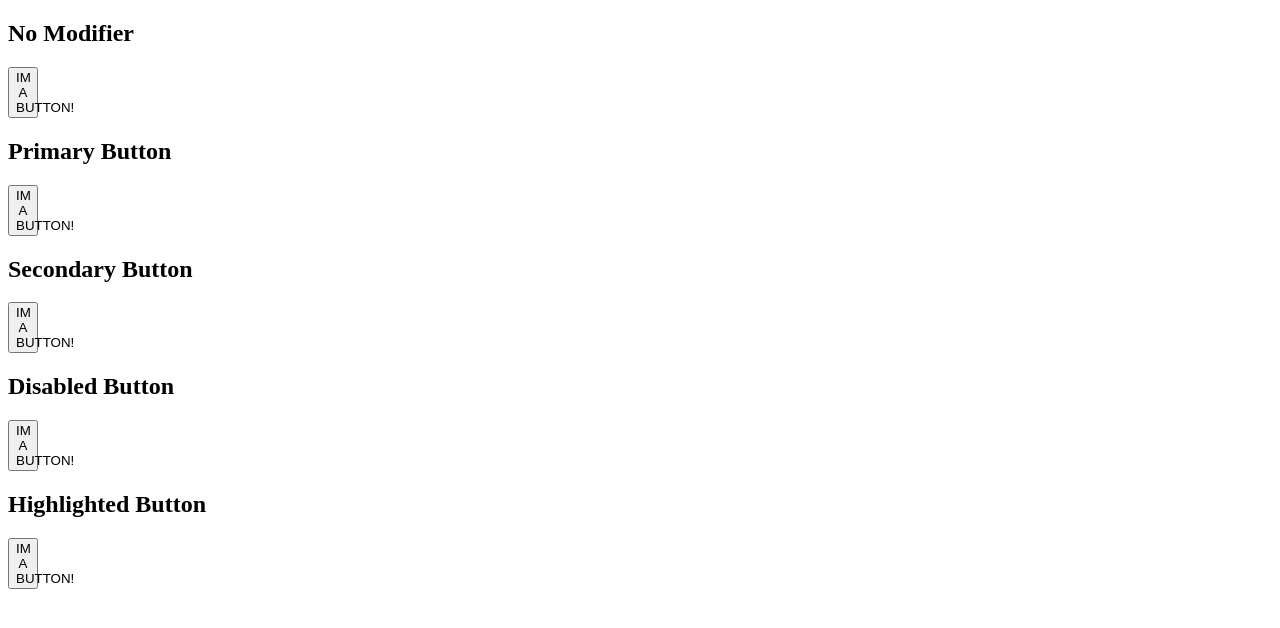
Repository: Jvien2/3126-repo
Page: index.html
An editor plug-in stored every save of this project. The page is shown before and after a run of saves, followed by the edit.
The browser window is 1280 px wide. The pictures show the whole page.

Above is the page before, as saved 2026-10-01 00:55:19.
Not found: code.js

### index.html
<!DOCTYPE html>
<html lang="en">
<head>
    <meta charset="UTF-8">
    <meta name="viewport" content="width=device-width, initial-scale=1.0">
    <title>Assignment 1</title>
    <link rel="stylesheet" href="style.css">
    <script src="code.js" defer></script>
</head>
<body>
    <!-- regular button -->
    <h2>No Modifier</h2>
        <button class="btn">IM A BUTTON!</button>

    <!-- prmary -->
    <h2>Primary Button</h2>
        <button class="btn btn-primary">IM A BUTTON!</button>

    <!-- secondary -->
    <h2>Secondary Button</h2>
         <button class="btn btn-secondary">IM A BUTTON!</button>

    <!-- disabled -->
    <h2>Disabled Button</h2>
         <button class="btn btn-disabled">IM A BUTTON!</button>

    <!-- highlighted -->
    <h2>Highlighted Button</h2>
         <button class="btn btn-highlight">IM A BUTTON!</button>

</body>
</html>

### style.css
.btn {
    width: 30px
}

After the next 2 saves:
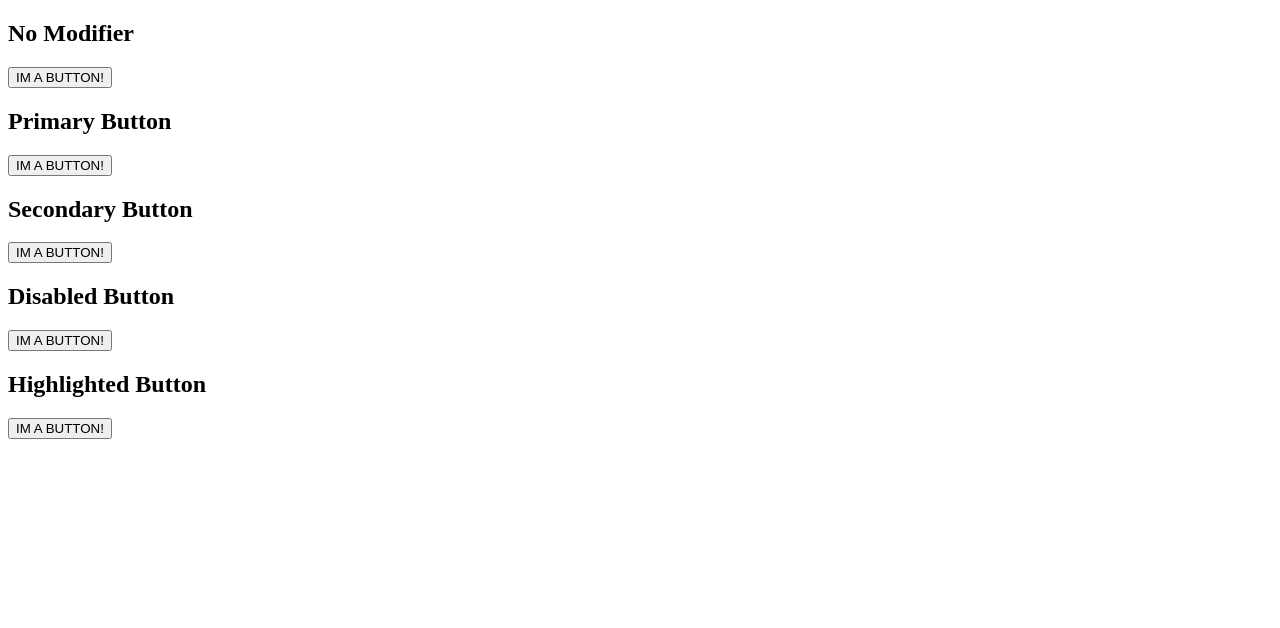
The 2 saves are shown as one change because they came seconds apart.
The last was saved 32 s later.
--- a/style.css
+++ b/style.css
@@ -1,3 +1,3 @@
 .btn {
-    width: 30px
+    width: fit-content;
 }
